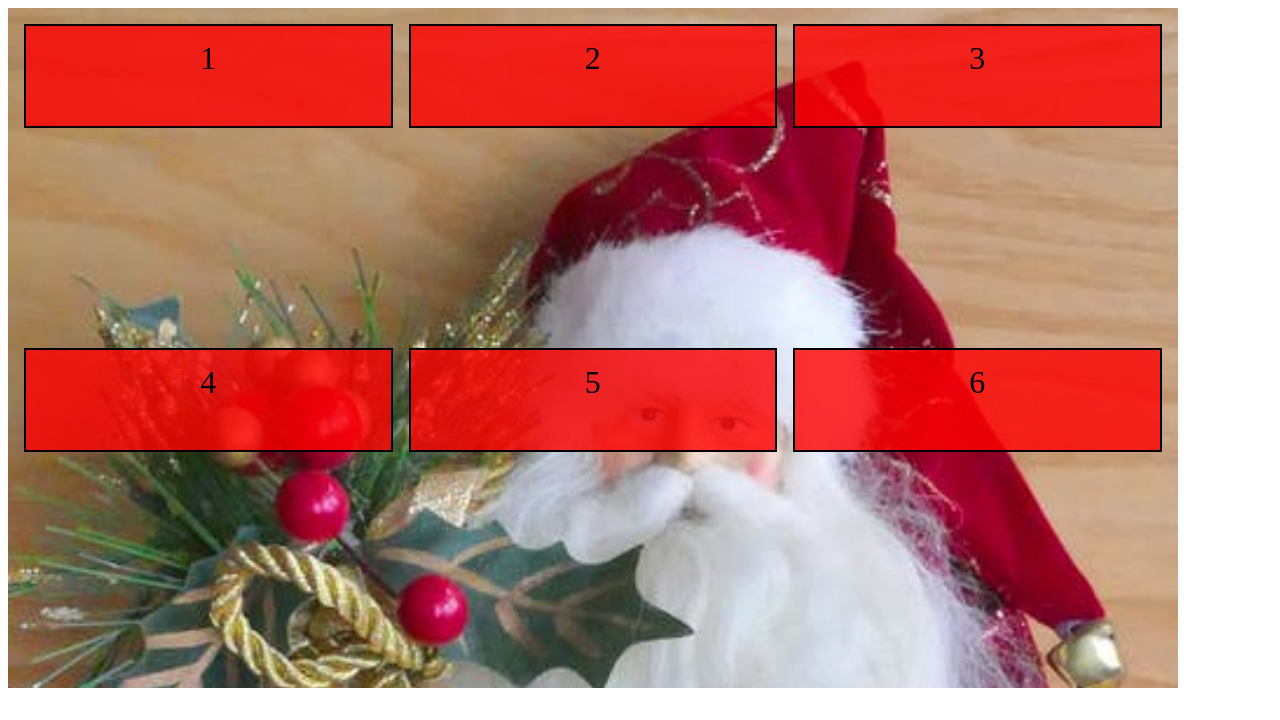
Repository: hindrik40/julprogram-js
Page: advent.html
The author's editor kept a copy of each file at every save. The page is drawn from the files as they stood at one save, then again after the next save.
The browser window is 1280 px wide. The pictures show the whole page.

Above is the page before, as saved 2021-12-14 10:09:31.

### advent.html
<!DOCTYPE html>
<html lang="en">
<head>
    <meta charset="UTF-8">
    <meta http-equiv="X-UA-Compatible" content="IE=edge">
    <meta name="viewport" content="width=device-width, initial-scale=1.0">
    <link rel="stylesheet" href="advent.css">
    <title>julkalender drag and drop</title>
</head>
<body>
    <main id="adventCalender">

    </main>
    <script src="advent.js"></script>
</body>
</html>

### advent.css
main#adventCalender{
    width: 90%;
    height: 90vh;
    background-image: url(images/jul6.jpeg);
    background-size: cover;
    display: grid;
    grid-template-columns: 1fr 1fr 1fr;
    column-gap: 1rem;
    padding:1rem;
}
main>div{
   min-width: 50px;
   min-height: 100px;
   height: 4rem;
    border:solid 2px black;
    background-color: rgba(255,0,0,0.8);
    font-size:2rem;
    text-align: center;
    vertical-align: middle;
    line-height: 4rem;

}

### advent.js
//!variabler luckor
//!DOM element
const adventCalender = document.getElementById("adventCalender");
//!variabler for the days in a array luckor med bilder
let doors = ["jul1.jpeg", "jul2.jpeg", "jul3.jpeg", "jul4.jpeg", "jul5.jpeg", "jul6.jpeg"];
//!variabler for the days in a array luckor med bilder
//!Itererar igenom arrayen och skapa en räknare
let counter = 1;
doors.forEach((door) => {
    console.log(counter, door);
    //!skapa en div för varje bild
    let div = document.createElement("div");
    //!lägg till en siffra i elementet
    div.textContent = counter;
    //!Lägg till kalendern
    adventCalender.appendChild(div);

    counter++;

})

After the next save:
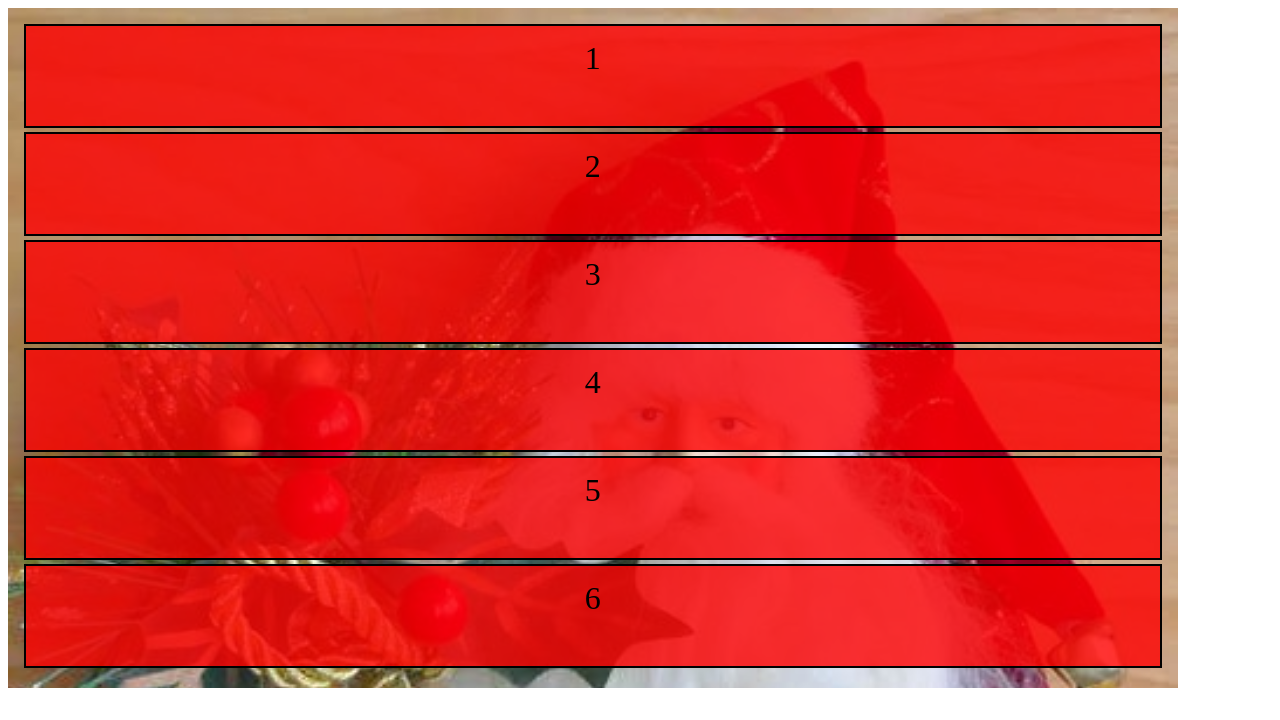
Saved 56 s later.
--- a/advent.css
+++ b/advent.css
@@ -4,7 +4,7 @@ main#adventCalender{
     background-image: url(images/jul6.jpeg);
     background-size: cover;
     display: grid;
-    grid-template-columns: 1fr 1fr 1fr;
+    grid-template-columns: repeat (6,1fr);
     column-gap: 1rem;
     padding:1rem;
 }
